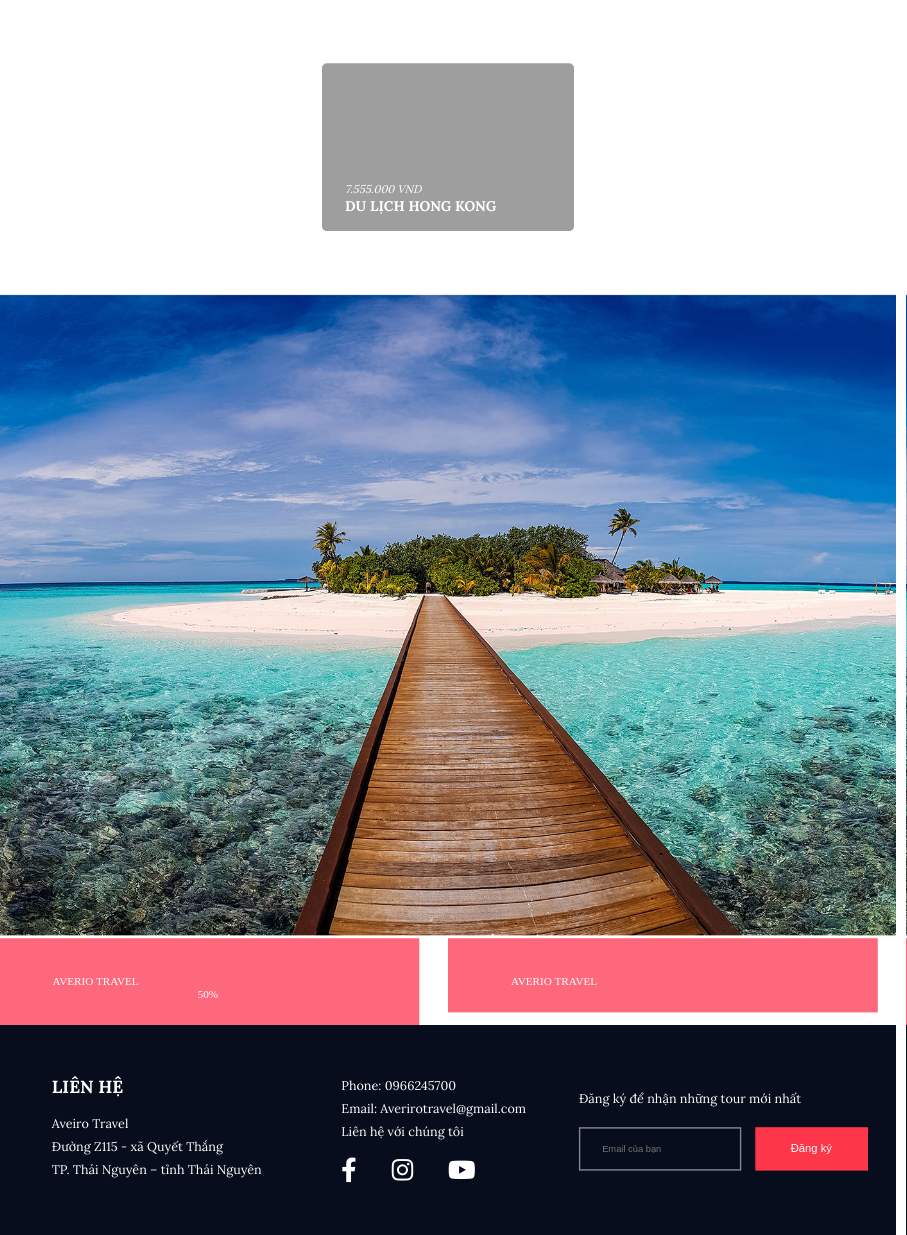
Repository: tuan842001/demotest
Page: /
The author's editor kept a copy of each file at every save. The page is drawn from the files as they stood at one save, then again after the next save.
The browser window is 1280 px wide. The page is 1295 px wide, so the pictures cover 1295 px, including what lies to the right of the window. The pictures show the part of the page from y = 1286 to 3166 px (the page is 3050 px tall before and 3166 px after), at 70% of full size.
Pictures or frames that could not be fetched are drawn as grey boxes. The project was rebuilt for these pictures with package versions that can differ from the ones it lists, and the page was loaded fresh each time. Also part of the build but not shown: src/pages/intour/Intour.jsx.

Above is the page before, as saved 2021-10-14 00:24:24.

After the next save:
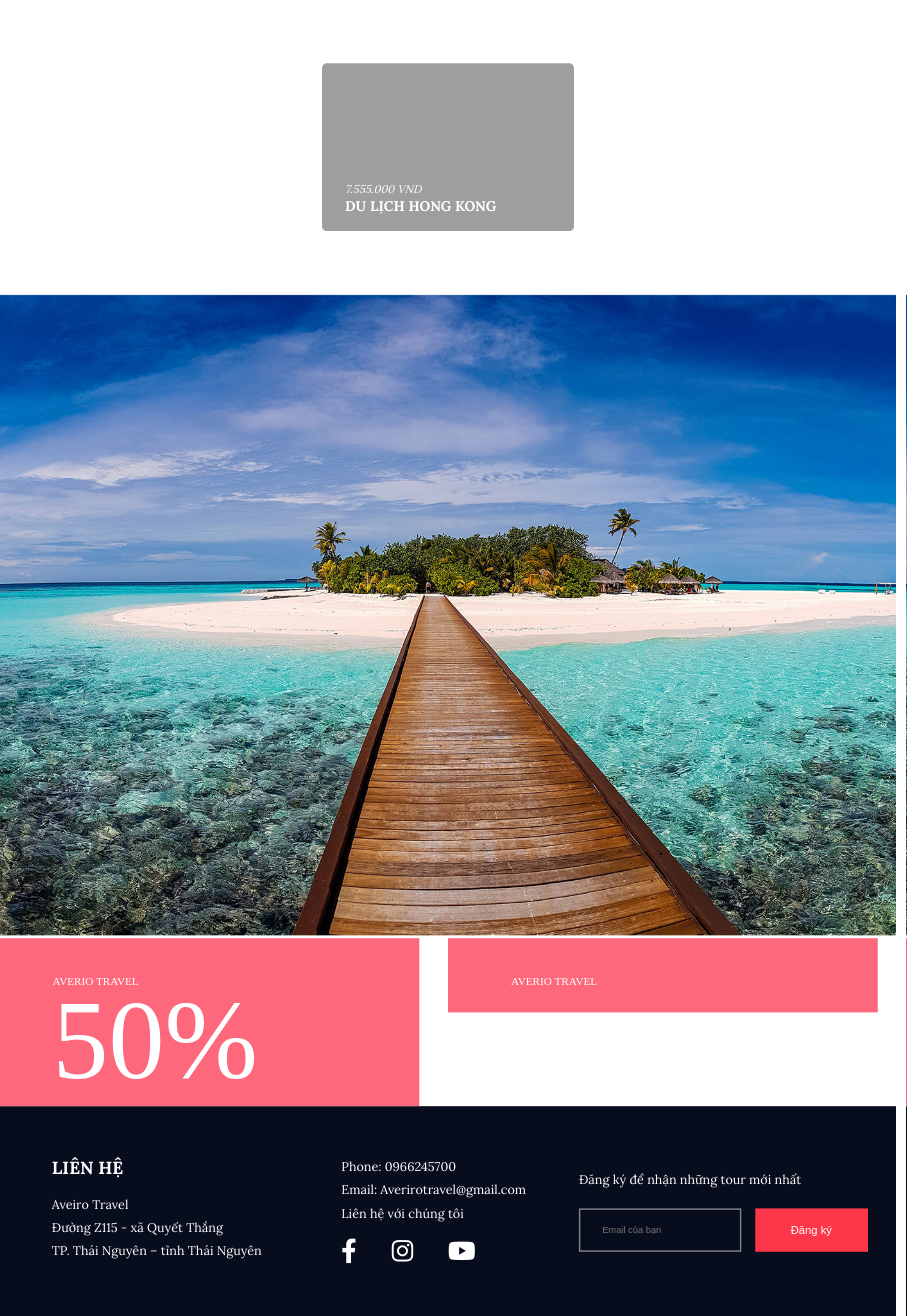
Saved 38 s later.
--- a/src/pages/home/home.css
+++ b/src/pages/home/home.css
@@ -35,3 +35,10 @@
     text-transform: uppercase;
     text-align: left;
 }
+.lastPercent{
+    font-size: 160px;
+    font-weight: 100;
+    line-height: 0.75;
+    margin-top: 14px;
+    text-align: left;
+}
